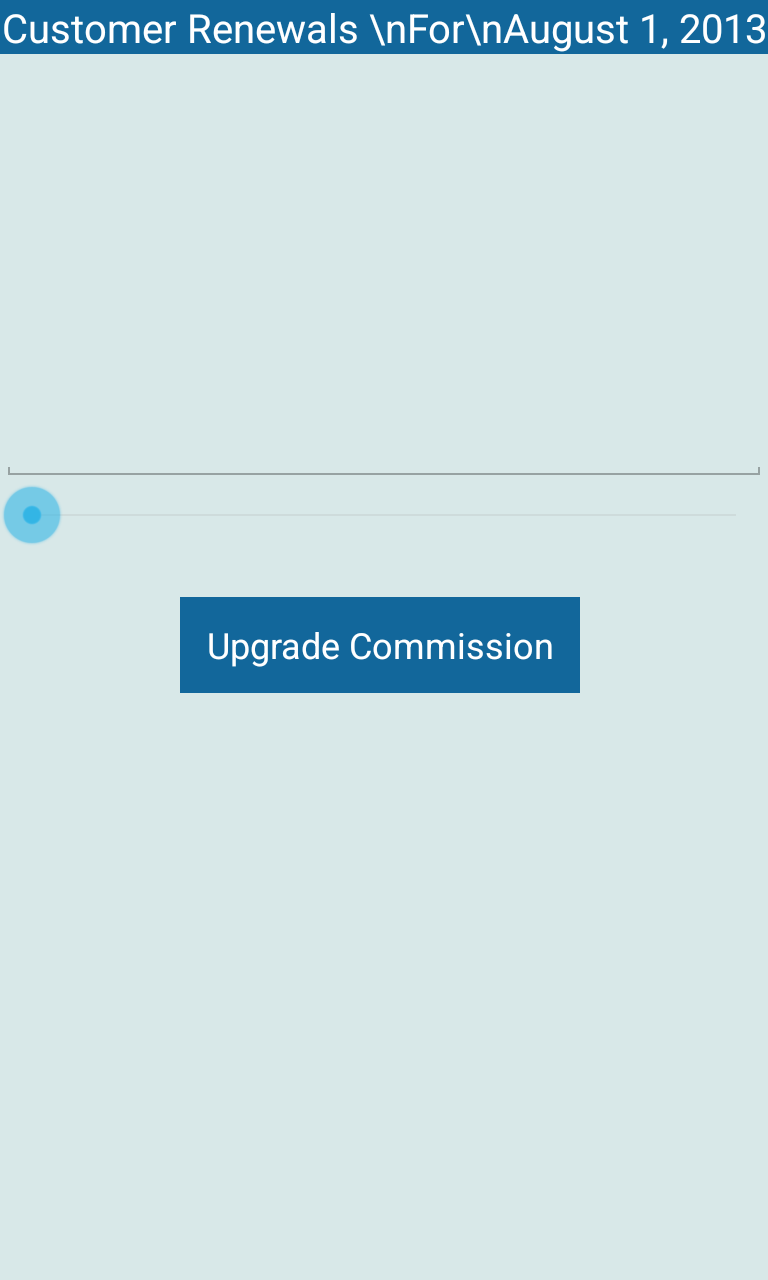
Repository: jemcphe/XCell
Layout: XCell/res/layout/frag_renewals.xml
The author's editor kept a copy of each file at every save. The layout is drawn from the files as they stood at one save, then again after the next save.
It is drawn on a 768 x 1280 px phone screen (xhdpi) without system bars, with theme Theme.Xcell; the app's code is not run.

Above is the layout before, as saved 2013-08-20 17:15:03.

After the next save:
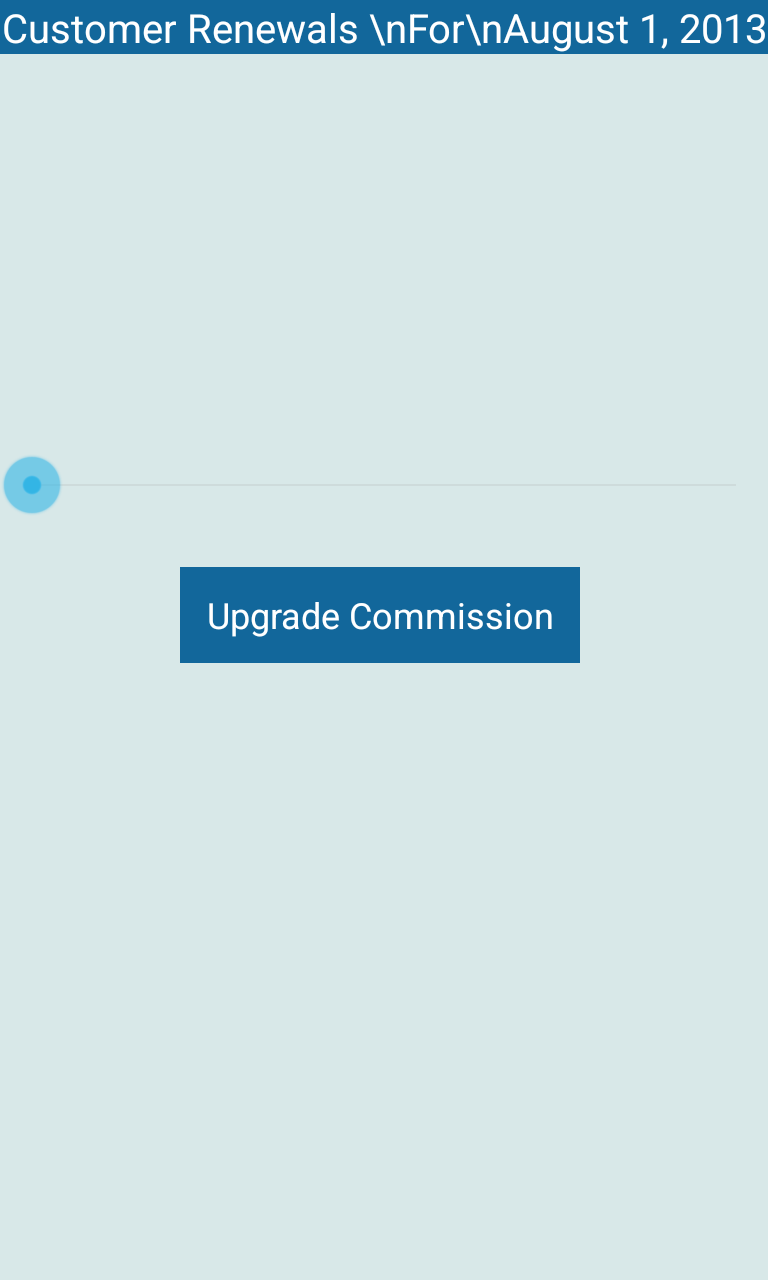
Saved 92 s later.
--- a/XCell/res/layout/frag_renewals.xml
+++ b/XCell/res/layout/frag_renewals.xml
@@ -15,12 +15,11 @@
         android:textColor="#fff"
         android:background="@color/xcell_blue"/>
 
-    <EditText
+    <TextView
         android:id="@+id/renewalValue"
         android:layout_width="fill_parent"
         android:layout_height="wrap_content"
         android:gravity="center"
-        android:inputType="number"
         android:textSize="150sp" />
 
     <SeekBar
